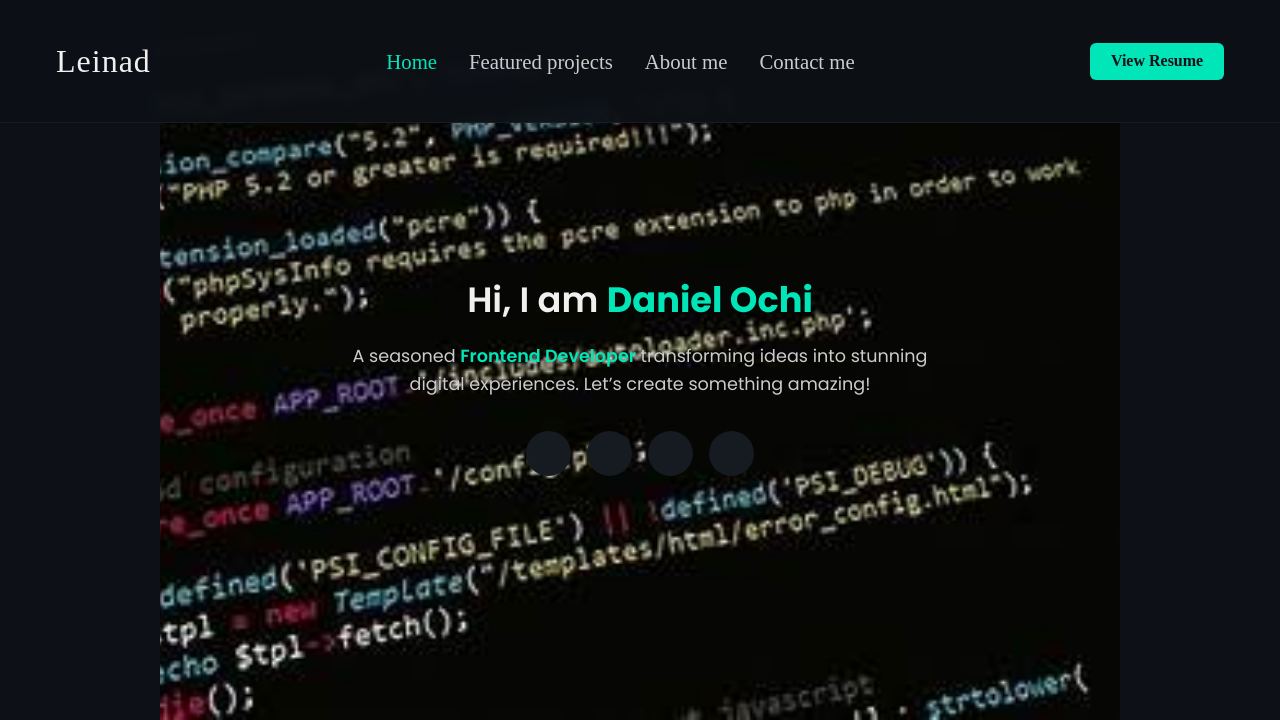
Repository: Austinokezie/Myportfolio
Page: index.html
An editor plug-in stored every save of this project. The page is shown before and after the next save, followed by the edit.
The browser window is 1280 px wide. The pictures show the whole page.
Some web fonts or font styles are not loaded; a fallback is used.

Above is the page before, as saved 2025-10-14 13:27:21.

### index.html
<!DOCTYPE html>
<html lang="en">
<head>
    <meta charset="UTF-8">
    <meta name="viewport" content="width=device-width, initial-scale=1.0">
    <title>My Portfolio</title>
    <link rel="stylesheet" href="./style.css">
    <link rel="stylesheet" href="./mediaqueries.css">
    <link rel="stylesheet" href="./lib/css/bootstrap-grid.min.css">
    <link rel="stylesheet" href="./lib/js/bootstrap.bundle.min.js">
</head>
<body>
    <header>
        <nav class="navbar">
          <div class="logo">Leinad</div>

           <ul class="nav-links">
              <li><a href="#" class="active">Home</a></li>
              <li><a href="#">Featured projects</a></li>
              <li><a href="#">About me</a></li>
             <li><a href="#">Contact me</a></li>
           </ul>

          <a href="#" class="resume-btn">View Resume</a>
       </nav>
  </header>
    </nav>
   <section class="intro">
      <div class="intro-content">
         <h1>Hi, I am <span>Daniel Ochi</span></h1>
           <p>
              A seasoned <span class="highlight">Frontend Developer</span> transforming ideas into
              stunning digital experiences. Let’s create something amazing!
           </p>

          <div class="social-links">
              <a href="#" title="GitHub"><i class="fab fa-github"></i></a>
              <a href="#" title="Medium"><i class="fab fa-medium"></i></a>
              <a href="#" title="LinkedIn"><i class="fab fa-linkedin"></i></a>
             <a href="#" title="Twitter"><i class="fab fa-twitter"></i></a>
          </div>
       </div>
    </section>










         <!-- Arrow -->
        <!-- <div class="text-center mt-5">
           <img
             src="./Asset/icons8-arrow-down-100.png"
             alt="arrow icon"
             class="icon arrow img-fluid"
             style="width: 50px; cursor: pointer;"
             onclick="location.href='./experience'"
            >
       </div> -->





<!--
        <img src="./Asset/icons8-arrow-down-100.png" alt="arrow icon"
           class="icon arrow"
           onclick="location.href= './experience'"
        >  -->




















</body>
</html>

### style.css

@import url('https://fonts.googleapis.com/css2?family=Alan+Sans:wght@300..900&family=Poppins:ital,wght@0,100;0,200;0,300;0,400;0,500;0,600;0,700;0,800;0,900;1,100;1,200;1,300;1,400;1,500;1,600;1,700;1,800;1,900&display=swap');



*{
    margin: 0;
    padding: 0;


}


/* Reset some default styles */
* {
  margin: 0;
  padding: 0;
  box-sizing: border-box;
}

body {
  background-color: #0d1117;
  color: #f0f0f0;
  font-family: 'Poppins', sans-serif;
  display: flex;
  justify-content: center;
  align-items: center;
  height: 100vh;
}



/* === Navbar === */
header {
  width: 100%;
  background-color: rgba(13, 17, 23, 0.95);
  position: fixed;
  top: 0;
  left: 0;
  z-index: 10;
  backdrop-filter: blur(6px);
  border-bottom: 1px solid rgba(255, 255, 255, 0.05);
  font-family: serif;
}

.navbar {
  max-width: 1200px;
  margin: 0 auto;
  padding: 1rem 1rem;
  display: flex;
  justify-content: space-between;
  align-items: center;
}

/* Logo */
.logo {
  font-size: .5rem;
  font-weight: 200;
  font-family: serif;
  color: #f0f0f0;
  letter-spacing: 1px;
}

/* Navigation Links */
.nav-links {
  list-style: none;
  display: flex;
  gap: 1.5rem;
}

.nav-links a {
  text-decoration: none;
  color: #cccccc;
  font-weight: 100;
  transition: 0.3s ease;
  font-size: 1.3rem;
}

.nav-links a:hover {
  color: #00e6b8;
}

.nav-links a.active {
  color: #00e6b8;
}

/* Resume Button */
.resume-btn {
  background-color: #00e6b8;
  color: #0d1117;
  text-decoration: none;
  padding: 0.6rem 1.3rem;
  border-radius: 6px;
  font-weight: 600;
  transition: all 0.3s ease;
}

.resume-btn:hover {
  background-color: #00cfa4;
  transform: translateY(-2px);
}











/* Intro Section */
.intro {
  position: relative;
  min-height: 100vh;
  width: 100%;
  background: url('./Asset/OIP.jpeg') center/cover no-repeat; /* <-- Replace with your image */
  display: flex;
  justify-content: center;
  align-items: center;
  text-align: center;
  overflow: hidden;
}
/* Dark overlay to dim image */
.overlay {
  position: absolute;
  top: 0;
  left: 0;
  width: 100%;
  height: 100%;
  background: rgba(0, 0, 0, 0.9); /* adjust dimness here */
  z-index: 1;
}

/* Text Content */
.intro-content {
  position: relative;
  z-index: 2;
  max-width: 700px;
  padding: 2rem;
}

.intro h1 {
  font-size: 2.2rem;
  margin-bottom: 1rem;
  font-weight: 600;
}

.intro h1 span {
  color: #00e6b8;
  font-weight: 700;
}

.intro p {
  font-size: 1.1rem;
  color: #cccccc;
  max-width: 600px;
  margin: 0 auto 2rem auto;
  line-height: 1.6;
}

.highlight {
  color: #00e6b8;
  font-weight: 600;
}

/* Social Icons */
.social-links {
  display: flex;
  justify-content: center;
  gap: 1rem;
}

.social-links a {
  display: flex;
  justify-content: center;
  align-items: center;
  background-color: #161b22;
  width: 45px;
  height: 45px;
  border-radius: 50%;
  font-size: 1.2rem;
  color: #00e6b8;
  transition: all 0.3s ease;
}

.social-links a:hover {
  background-color: #00e6b8;
  color: #0d1117;
  transform: translateY(-4px);
}

/* Responsive */
@media (max-width: 600px) {
  .intro h1 {
    font-size: 1.8rem;
  }

  .intro p {
    font-size: 1rem;
    padding: 0 1rem;
  }

  .social-links a {
    width: 40px;
    height: 40px;
    font-size: 1rem;
  }
}



@media (max-width: 400px) {
  body {
    padding: 0 1rem;
  }

  .intro h1 {
    font-size: 1.5rem;
    line-height: 1.3;
  }

  .intro p {
    font-size: 0.95rem;
    line-height: 1.5;
  }

  .social-links {
    gap: 0.7rem;
  }

  .social-links a {
    width: 38px;
    height: 38px;
    font-size: 0.9rem;
  }

  .intro {
    padding: 1.5rem 0.5rem;
  }
}


























































/* body {
  background: #f0f0f0;
} */
html{
    scroll-behavior:smooth ;
}
p{
    color: rgb(85, 85, 85);
}

/* Transition */

a, .btn{
    transition: all 300ms ease;
}

/* Desktop */

nav, .nav-links{
    display: flex;

}
nav{
    justify-content: space-around;
    align-items: center;
    height: 17vh;
}
.nav-links{
    gap: 2rem;
    list-style: none;
    font-size: 1.5rem;
}
a {
    color: black;
    text-decoration: none;
    text-decoration-color: white;
}
a:hover{
    color: grey;
    text-decoration: underline;
    text-underline-offset: 1rem;
    text-decoration-color: rgb(181 , 181, 181) ;
}
.logo{
    font-size: 2rem;
}
.logo:hover{
   cursor: default;
}
/* Hamburger */
#hamburger-nav{
    display: none;

}
.hamburger-menu{
    position: relative;
    display: inline-block;

}
.hamburger-icon{
    display: flex;
    flex-direction: column;
    justify-content: space-between;
    height: 24px;
    width: 30px;
    cursor: pointer;
}
.hamburger-icon span{
   width: 100%;
   height: 2px;
   background-color: black;
   transition: all 0.3 ease-in-out;
}
.menu-links{
    position: absolute;
    top: 100%;
    right: 0;
    width: fit-content;
    max-height: 0;
    overflow: hidden;
    transition: all 0.3 ease-in-out;

}
.menu-links a{
    display: block;
    padding: 10px;
    text-align: center;
    font-size: 1.5rem;
    color: black;
    text-decoration: none;
     transition: all 0.3 ease-in-out;
}
.menu-links li {
    list-style: none;

}
.menu-links.open{
    max-height: 300px;


}
.hamburger-icon.open span:first-child{
    transform: rotate(45deg) translate(10px, 5px);
}
.hamburger-icon.open span:nth-child(2){
  opacity: 0;
}
.hamburger-icon.open span:last-child{
    transform: rotate(-45deg) translate(10px, -5px);
}
.hamburger-icon.open span:first-child{
    transform: none;
}
.hamburger-icon.open span:first-child{
   opacity: 1;
}
.hamburger-icon.open span:first-child{
    transform: none;
}

/* section */
section{
    padding-top: 4vh;
    height: 96vh;
    margin: 0 10rem;
    box-sizing: border-box;
    min-height: fit-content;
}
.section-container{
    display: flex;
}
#profile{
    display: flex;
    justify-content: center;
    gap: 5rem;
    height: 80vh;
}
.section-pic-container{
    display: flex;
    height: 400px;
    margin: auto 0;
}
.section-pic-container img{
    width: 300px;
    height: 300px;
    border-radius: 50%;
    object-fit: cover;
    display: inline-block;
}
.section-text{
    align-self: center;
    text-align: center;
    margin-bottom: 20px;

}
.section-text-p{
    font-weight: 600;
}
.section-text-p1{
    text-align: center;
}
.intro-con.greet{
    font-size: 1.5rem;
}
.section-text-p2{
    font-size: 1.75rem;
    margin-bottom: 1rem;
}
.title{
    font-size: 3rem;
    text-align: center;
}
.socials-container{
    display: flex;
    justify-content: center;
    margin-top: 1rem;
    gap: 1rem;
}
/* ICON */
.icon{
    cursor: pointer;
    height: 2rem;
}
/* Buttons */
.btn-container{
    display: flex;
    justify-content: center;
    gap: 1rem;
}
.btn{
    font-weight: 600;
    transition: all 300ms ease;
    padding: .6rem;
    width: 8rem;
    border-radius: 2rem;

}
.btn-color-1, .btn-color-2{
    border: rgb(53, 53, 53) .1rem solid;
}
.btn-color-1:hover,
.btn-color-2:hover{
    cursor: pointer;
}
.btn-color-1,
.btn-color-2:hover{
    cursor: pointer;
    background: rgb(53, 53, 53);
    color: white;
}
.btn-color-1:hover{
    background: rgb(0, 0, 0);


}
.btn-color-2{
    background: none;

}
.btn-color-2:hover{
    border: rgb(255, 255, 255) .1rem solid;
}
.btn-container{
    gap: 1rem;
}

/* About section */


#about{
    position: relative;
    margin-top: 3.5rem;
}
.about-intro{
    margin-bottom: 20px;
}
.section_text_p1{
    text-align: center;
}

/* .about-containers{
    display: flex;
    flex-wrap: wrap;
    justify-content: center;
    gap: 2rem;
    margin-bottom: 2rem;
    margin-top: 2rem;
} */
/* .about-details-container{
    justify-content: center;
    flex-direction: column;
} */
.about-containers,
.about-details-container{
    /* display: flex; */
}
.about-details-container{
    display: block;
}
.about-pic{
    border-radius: 2rem;
    max-width: 400px;
    width: 100%;
    height: auto;
    object-fit: cover;
}
.arrow{
    position: absolute;
    right: -5rem;
    bottom: 2.5rem;
}
.details-container{

    padding: 1.5rem;
    /* flex: 1;  */
    background: white;
    border-radius: 2rem;
    border: rgb(53, 53, 53) 0.1rem solid;
    border-color: rgb(163, 163, 163);
    text-align: center;
}
.section_container{
    /* display: flex; */
    gap: 2rem;
    /* height: 70%; */

}
.section__pic-container{
   /* height: auto; */
   width: 100%;
   display: flex;
   justify-content: center;
   align-items: center;
}


.skill-card{
    display: flex;
    flex-direction: column;
    align-items: center;
    justify-content: center;
    padding: 20px;
    background: #fff;
    border-radius: 2px;
    box-shadow: 0 4px 4px rgba(0, 0, 0, 0.1);
    height: 55px;
}
.skill-card img{
    width: 40px;
    height: 40px;
    margin-bottom: 10px;
}



/* Experience section */
#experience{
    position: relative;
}
.experience-sub-title{
    color: rgb(85, 85, 85);
    font-weight: 600;
    font-size: 1.75rem;
    margin-bottom: 2rem;

}
.experience-details-container{
    display: flex;
    justify-content: center;
    flex-direction: column;

}
.article-container{
    display: flex;
    text-align: initial;
    flex-wrap: wrap;
    flex-direction: row;
    gap: 2.5rem;
    justify-content: space-around;
}
article{
    display: flex;
    width: 10rem;
    justify-content: space-around;
    gap: 0.5rem;

}
article .icon{
    cursor: default;
}


/* Projects Section */


#projects{
    position: relative;
}
.color-container{
    border-color: rgb(163, 163, 163);
    background: rgb(255, 255, 255);
}
.project-img{
   border-radius: 1rem;
   width: 100%;
   height: 100%;
}
.project-title{
    margin: 1rem;
    color: black;
}
.project-btn{
    color: black;
    border-color: rgb(163, 163, 163);
}
/* CONTACT */
#contact{
    display: flex;
    justify-content: center;
    flex-direction: column;
    height: 70vh;
}
.contact-info-upper-container{
    display: flex;
    justify-content: center;
    border-radius: 2rem;
    border: rgb(53, 53, 53) 0.1rem solid;
    background-color: rgb(163, 163, 163);
    background: rgb(250, 250, 250);
    margin: 2rem auto;
    padding: 0.5rem;

}
.contact-info-container{
    display: flex;
    align-items: center;
    justify-content: center;
    gap: 0.5rem;
    margin: 1rem;
}
.contact-info-container p{
    font-size: larger;
}
.contact-icon{
    cursor: default;
}

/* footer */
footer{
    height: 26vh;
    margin:  0 1 rem;
    color: #fff;
    background: #f9f9f9;
    box-shadow: 0 -4px 6px rgba(0, 0, 0, 0.2);

}
/* hr{
    width: 75%;
    margin: 20px auto;
    border-color: #333;

} */

.nav-links{
   color: rgb(85, 85, 85);
}
footer p{
    text-align: center ;
}

@media (max-width: 768px) {
  .arrow {
    position: static;
    margin: 2rem auto 0;
    display: block;
  }
}

@media (max-width: 992px) {
  .section_container {
    flex-direction: column;
    align-items: center;
  }

  .section__pic-container,
  .about-details-container {
    max-width: 100%;
  }

  .arrow {
    position: static;
    display: block;
    margin: 2rem auto 0;
  }
}

Loaded but not shown: lib/css/bootstrap-grid.min.css (library); lib/js/bootstrap.bundle.min.js (library); mediaqueries.css (empty)

After the next save:
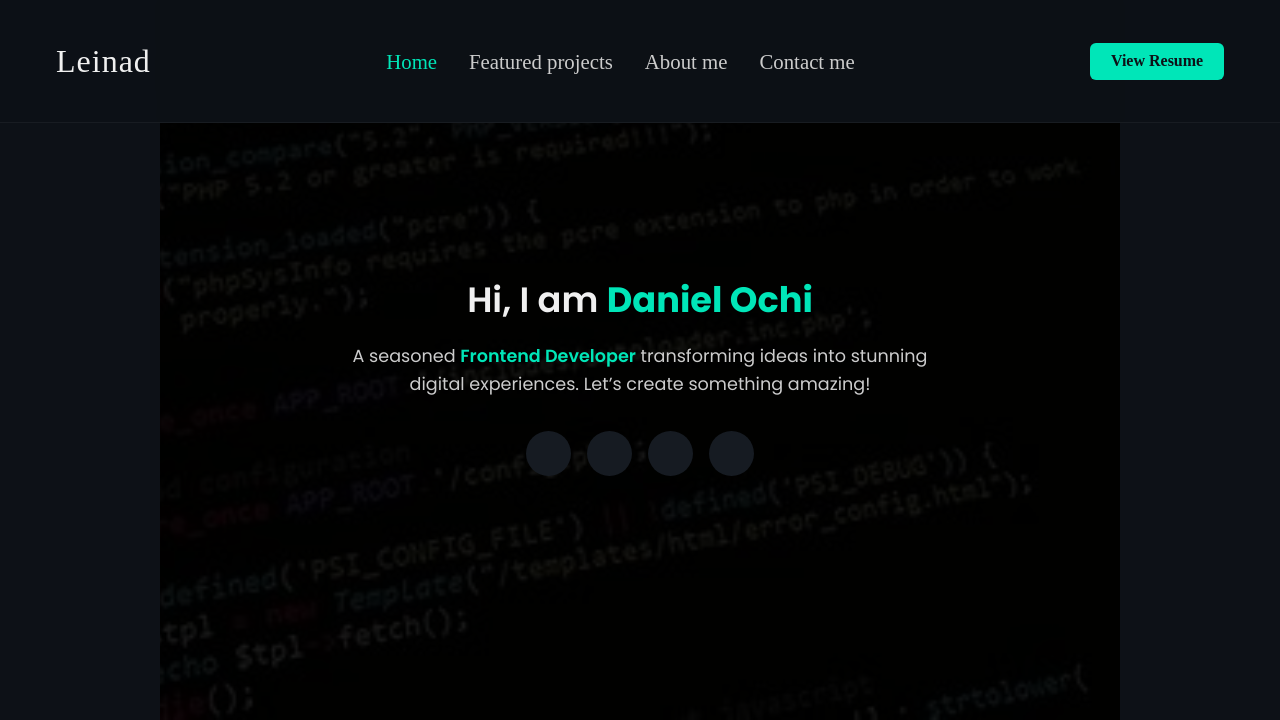
Saved 51 s later.
--- a/index.html
+++ b/index.html
@@ -26,6 +26,7 @@
   </header>
     </nav>
    <section class="intro">
+      <div class="overlay"></div>
       <div class="intro-content">
          <h1>Hi, I am <span>Daniel Ochi</span></h1>
            <p>
